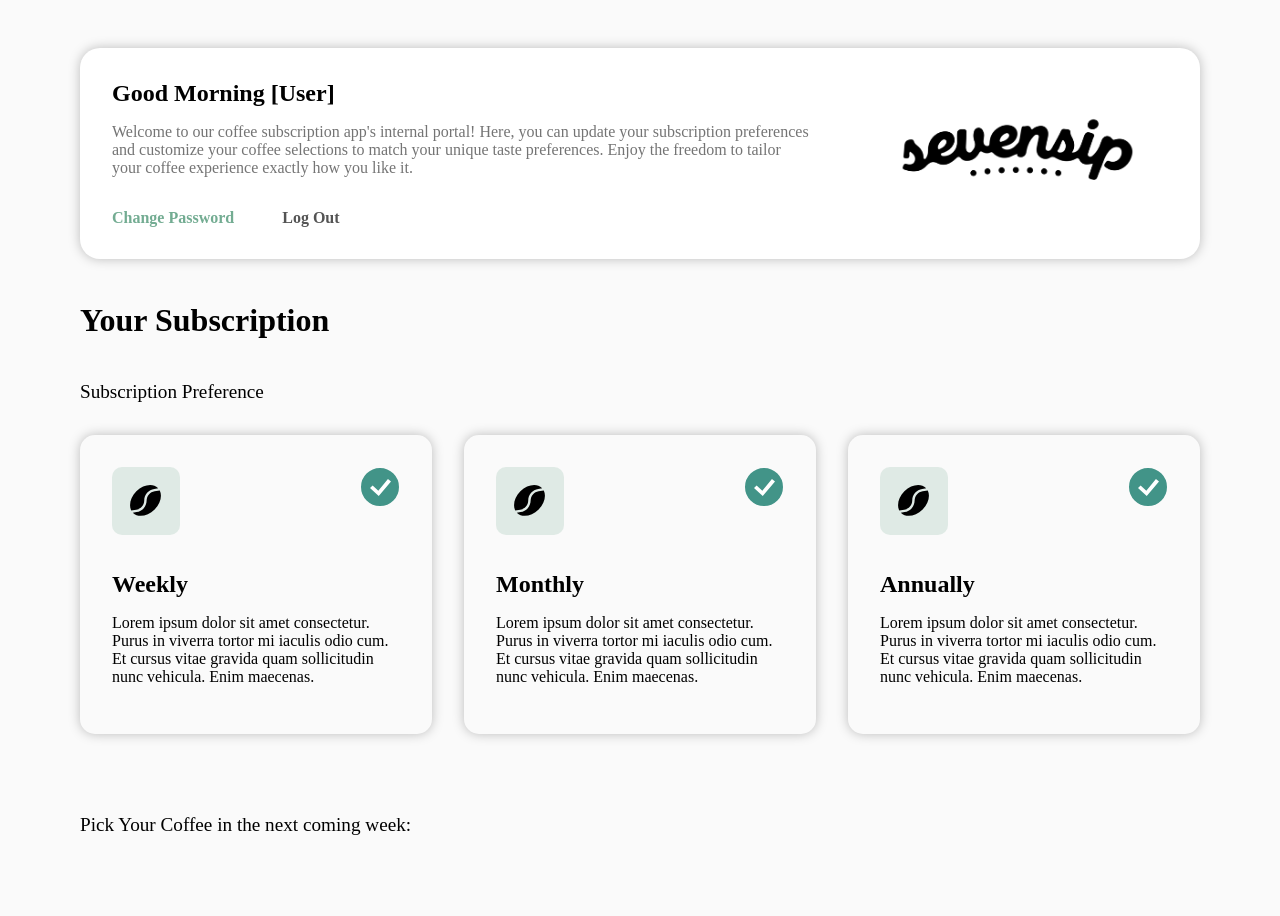
Repository: Haydenleung/COMP-4170-Final-Project
Page: http://localhost/main
An editor plug-in stored every save of this project. The page is shown before and after the next save, followed by the edit.
The browser window is 1280 px wide. The pictures show the whole page.
The page is served by the project's Node server (app.js).

Above is the page before, as saved 2024-03-22 18:19:09.

### views/main.ejs
<%- include('partials/header') %>


    <div class="main-container">
        <div class="main-subcontainer">
            <div class="main-welcome">
                <div class="main-greeting">
                    <h3>Good Morning [User]</h3>
                    <p>Welcome to our coffee subscription app's internal portal! Here, you can update your subscription
                        preferences and customize your coffee selections to match your unique taste preferences. Enjoy
                        the freedom to tailor your coffee experience exactly how you like it.</p>
                </div>
                <div class="main-feature">
                    <a href="/edit" class="mainbtn chnpassword">Change Password</a>
                    <a href="/" class="mainbtn logout">Log Out</a>
                </div>
            </div>
            <div class="main-logo-container">
                <img class="main-logo" src="/images/logo.png" alt="company logo" />
            </div>
        </div>
        <div class="main-content">
            <h4>Your Subscription</h4>
            <div class="subscribe-section">
                <h5>Subscription Preference</h5>
                <div class="subscribe-container">
                    <div class="sub-option">
                        <div class="tick">
                            <svg viewBox="0 0 100 100" xmlns="http://www.w3.org/2000/svg">
                                <circle cx="50" cy="50" r="45" fill="#429488" stroke="#429488" stroke-width="5" />
                            </svg>
                            <img class="sub-tick" src="/images/tick.svg" alt="icon" />
                        </div>
                        <img class="sub-icon" src="/images/week.svg" alt="icon" />
                        <div class="sub-title">Weekly</div>
                        <p class="sub-body">Lorem ipsum dolor sit amet consectetur. Purus in viverra tortor mi iaculis
                            odio cum. Et
                            cursus vitae gravida quam sollicitudin nunc vehicula. Enim maecenas.</p>
                    </div>
                    <div class="sub-option">
                        <div class="tick">
                            <svg viewBox="0 0 100 100" xmlns="http://www.w3.org/2000/svg">
                                <circle cx="50" cy="50" r="45" fill="#429488" stroke="#429488" stroke-width="5" />
                            </svg>
                            <img class="sub-tick" src="/images/tick.svg" alt="icon" />
                        </div>
                        <img class="sub-icon" src="/images/week.svg" alt="icon" />
                        <div class="sub-title">Monthly</div>
                        <p class="sub-body">Lorem ipsum dolor sit amet consectetur. Purus in viverra tortor mi iaculis
                            odio cum. Et
                            cursus vitae gravida quam sollicitudin nunc vehicula. Enim maecenas.</p>
                    </div>
                    <div class="sub-option">
                        <div class="tick">
                            <svg viewBox="0 0 100 100" xmlns="http://www.w3.org/2000/svg">
                                <circle cx="50" cy="50" r="45" fill="#429488" stroke="#429488" stroke-width="5" />
                            </svg>
                            <img class="sub-tick" src="/images/tick.svg" alt="icon" />
                        </div>
                        <img class="sub-icon" src="/images/week.svg" alt="icon" />
                        <div class="sub-title">Annually</div>
                        <p class="sub-body">Lorem ipsum dolor sit amet consectetur. Purus in viverra tortor mi iaculis
                            odio cum. Et
                            cursus vitae gravida quam sollicitudin nunc vehicula. Enim maecenas.</p>
                    </div>

                </div>
            </div>
            <div class="coffee-section">
                <h5>Pick Your Coffee in the next coming week:</h5>
                <div></div>
            </div>
        </div>
    </div>

    <%- include('partials/footer') %>

### views/partials/header.ejs
<!DOCTYPE html>
<html lang="en">

<head>
    <meta charset="UTF-8" />
    <meta http-equiv="X-UA-Compatible" content="IE=edge" />
    <meta name="viewport" content="width=device-width, initial-scale=1.0" />
    <link rel="stylesheet" href="styles/main.css" />
    <title>Subscriber Portal</title>
</head>

<body>
    <main>

### app.js
import express from "express";
import pg from "pg";

const app = express();
const port = 3000;

app.set('view engine', 'ejs');

app.use(express.urlencoded({ extended: true }));
app.use(express.static("public"));

app.get("/", (req, res) => {
    res.render("index.ejs");
});

app.get("/register", (req, res) => {
    res.render("register.ejs");
});

app.get("/main", (req, res) => {
    res.render("main.ejs");
});

app.listen(port, () => {
    console.log(`Server running on port ${port}`);
});

### public/styles/main.css
* {
    box-sizing: border-box;
    font-family: "Montserrat";
}

html {
    background-color: #FAFAFA;
    height: 100vh;
    padding: 0;
    margin: 0;
}

body {
    display: flex;
    flex-direction: column;
    padding: 0;
    margin: 0;
    height: 100%;
}

main {
    display: flex;
    flex-grow: 1;
}

.home {
    display: flex;
    flex-direction: row;
    height: 100%;
    width: 100%;
}

.photo {
    object-fit: cover;
    width: 100%;
    height: 100%;
    border-radius: 0 20px 20px 0;
}

.home-photo {
    height: 100%;
    flex-grow: 1;
    overflow: hidden;
}

.home-login {
    min-width: 40rem;
    display: flex;
    flex-direction: column;
    justify-content: center;
    align-items: center;
}

.login-container {
    width: 100%;
    height: 100%;
    display: flex;
    flex-direction: column;
    justify-content: center;
    align-items: center;
    padding: 1rem 8rem;
}

.logo {
    width: 10rem;
    margin-bottom: 4rem;
}

.form-container {
    display: flex;
    flex-direction: column;
    align-items: center;
    /* background-color: grey; */
    width: 100%;
    margin-bottom: 1.5rem;
}

h3 {
    font-size: 1.5em;
}

.form-title {
    text-align: center;
    margin-bottom: 3rem;
}

.form-main {
    width: 100%;
    display: flex;
    flex-direction: column;
    align-items: center;
    gap: 1.5rem;
}

.login-form {
    width: 100%;
}

.login-button {
    width: 100%;
    display: flex;
    flex-direction: column;
    gap: 1.5rem;
    margin-top: 2rem;
}

.forminput {
    width: 100%;
    height: 3rem;
    background-color: transparent;
    border: none;
    border-bottom: 1px solid black;
    padding: 1rem;
    font-size: 1em;
}

.forminput:focus {
    outline: none;
}

.submitbtn,
.regbtn {
    width: 100%;
    height: 3rem;
    border-radius: 6px;
    border: none;
    font-size: 1em;
    font-weight: 600;
    color: white;
    cursor: pointer;
    text-decoration: none;
    display: flex;
    justify-content: center;
    align-items: center;
}

.submitbtn {
    background-color: #73AC92;
}

.regbtn {
    background-color: #969696
}

.regisblue {
    background-color: #3EA1DB;
}

/* Main */

.main-container {
    width: 100%;
    display: flex;
    flex-direction: column;
    align-items: center;
    padding: 3rem 5rem;
}

.main-subcontainer {
    width: 100%;
    background-color: white;
    border-radius: 15pt;
    box-shadow: 0 0 12px rgba(0, 0, 0, 0.25);
    display: flex;
    flex-direction: row;
    padding: 2rem;
    justify-content: center;
    align-items: center;
    gap: 5%;
}

.main-welcome {
    flex-grow: 1;
    display: flex;
    flex-direction: column;
    justify-content: center;
    width: 100%;
    height: 100%;
    gap: 1rem;
}


.main-greeting>p {
    color: #747474;
    font-weight: 500;
}

.mainbtn {
    text-decoration: none;
    font-weight: 600;
}

.mainbtn:hover {
    text-decoration: underline;
    text-underline-offset: 8px;
}

.chnpassword {
    color: #73AC92;
}

.logout {
    color: #545454;
}

.main-feature {
    display: flex;
    flex-direction: row;
    gap: 3rem;
}

.main-logo-container {
    padding: 2rem;
    width: 40%;
}

.main-logo {
    width: 100%;
}

.main-content {
    width: 100%;
}

.subscribe-section {
    width: 100%;
    margin-bottom: 5rem;
}

.subscribe-container {
    display: grid;
    grid-template-columns: 1fr 1fr 1fr;
    gap: 2rem;
}

.sub-option {
    min-height: 12rem;
    box-shadow: 0 0 12px rgba(0, 0, 0, 0.25);
    border-radius: 15px;
    padding: 2rem 2rem;
    position: relative;
}

.sub-icon {
    margin-bottom: 2rem;
}

.tick {
    position: absolute;
    right: 2rem;
    top: 2rem;
    width: 2.5rem;
    display: flex;
    justify-content: center;
    align-items: center;
}

.sub-tick {
    position: absolute;
}

.sub-title {
    font-size: 1.5em;
    font-weight: 600;
    margin-bottom: 1rem;
}

h3 {
    margin: 0;
}

h4 {
    font-size: 2em;
}

h5 {
    font-size: 1.2em;
    font-weight: 400;
}

### public/images/tick.svg
<svg width="21" height="17" viewBox="0 0 21 17" fill="none" xmlns="http://www.w3.org/2000/svg">
<path d="M17.9361 0L8.31387 11.7368L2.625 6.47746L0 8.90603L8.74863 17L21 2.42857L17.9361 0Z" fill="white"/>
</svg>

### public/images/week.svg
<svg width="68" height="68" viewBox="0 0 68 68" fill="none" xmlns="http://www.w3.org/2000/svg">
<rect width="68" height="68" rx="10" fill="#73AC92" fill-opacity="0.2"/>
<path d="M24.2499 42.7501C26.4672 42.4209 28.4921 41.3054 29.9554 39.6073C31.4186 37.9092 32.2225 35.7416 32.2203 33.5001C32.2315 30.6863 33.2522 27.9699 35.0969 25.8452C36.9416 23.7204 39.4877 22.3283 42.272 21.9221L46.2649 21.3517C46.157 21.2284 46.0645 21.1051 45.9412 20.9817C40.9153 15.9559 31.2645 17.4667 24.3578 24.3426C18.5149 30.2626 16.5416 38.1251 19.2549 43.4592L24.2499 42.7501Z" fill="black"/>
<path d="M34.6256 33.5C34.6155 36.3133 33.5975 39.0298 31.7562 41.1568C29.9149 43.2838 27.3722 44.6804 24.5894 45.0933L20.7969 45.6329L21.0281 45.895C26.054 50.9208 35.7048 49.4254 42.6115 42.5496C48.4235 36.7529 50.4585 28.875 47.7606 23.6179L42.6115 24.3579C40.4084 24.678 38.3924 25.7754 36.9278 27.4521C35.4632 29.1287 34.6467 31.2739 34.6256 33.5Z" fill="black"/>
</svg>

Loaded but not shown: views/partials/footer.ejs (common file)

After the next save:
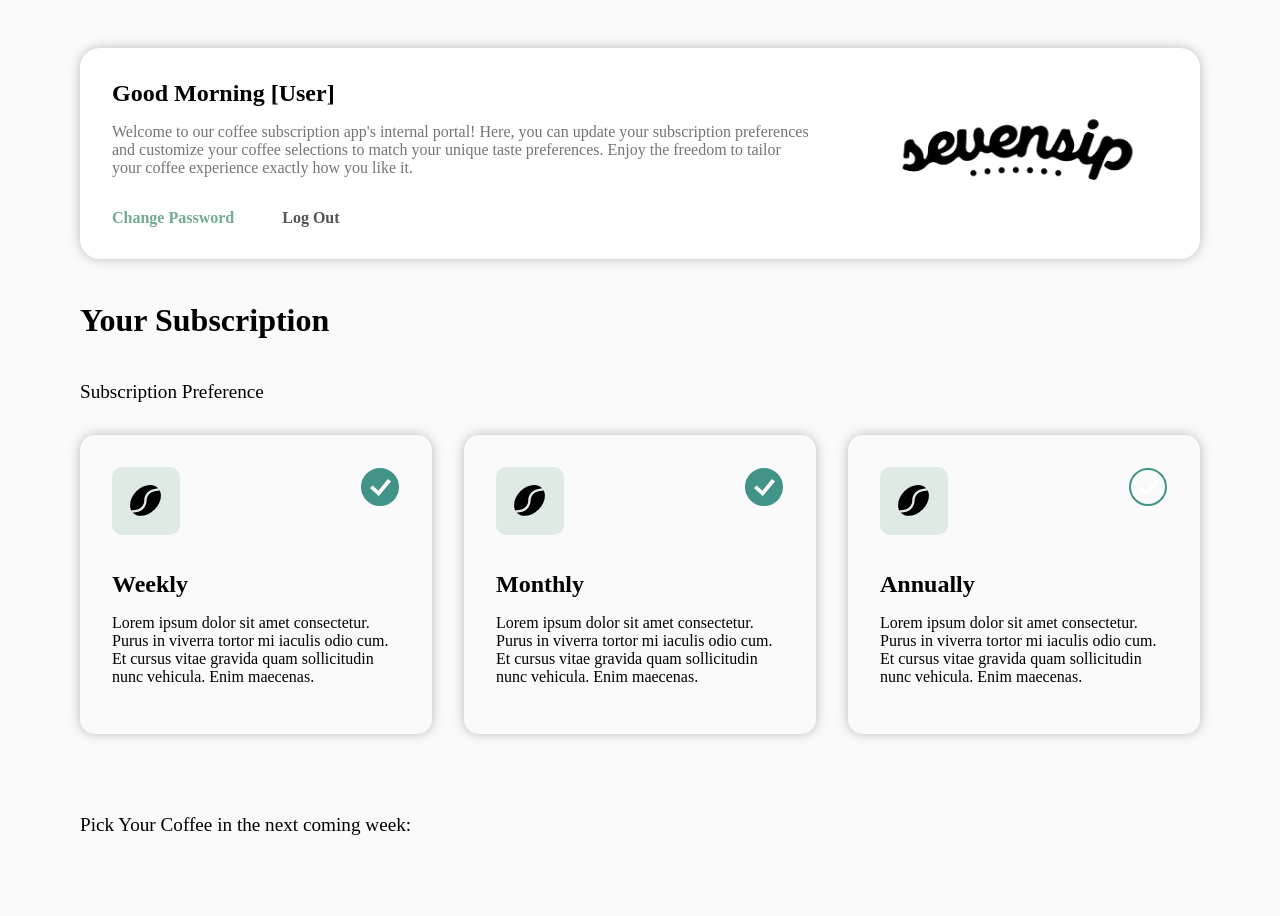
Saved 5 s later.
--- a/views/main.ejs
+++ b/views/main.ejs
@@ -53,7 +53,7 @@
                     <div class="sub-option">
                         <div class="tick">
                             <svg viewBox="0 0 100 100" xmlns="http://www.w3.org/2000/svg">
-                                <circle cx="50" cy="50" r="45" fill="#429488" stroke="#429488" stroke-width="5" />
+                                <circle cx="50" cy="50" r="45" fill="none" stroke="#429488" stroke-width="5" />
                             </svg>
                             <img class="sub-tick" src="/images/tick.svg" alt="icon" />
                         </div>
